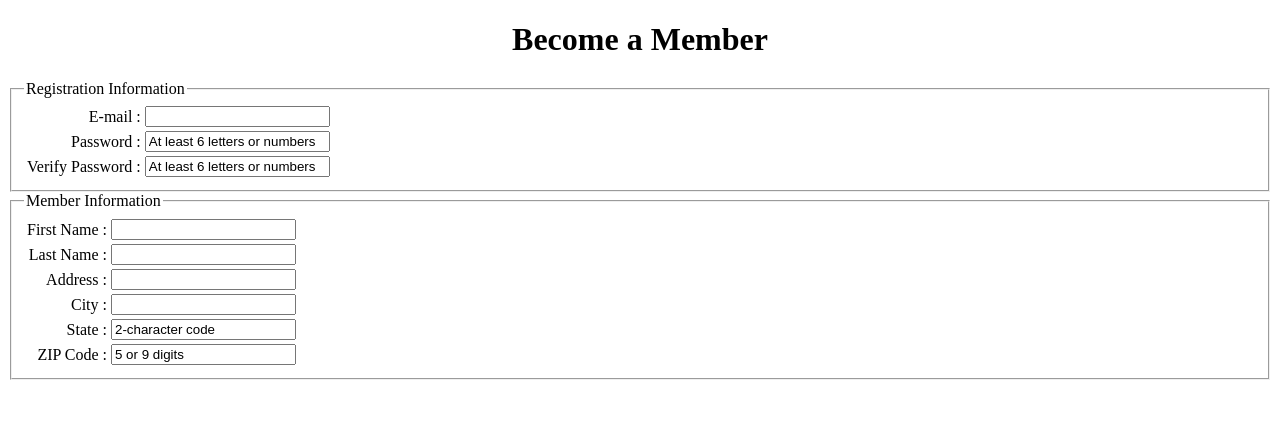
Repository: kjungyoun/Web_Study_2021
Page: homework_front/WebContent/0302/0302.html
These files come from the project's save history. The page is drawn as it stood at one moment and after the next save; the edit follows.
The browser window is 1280 px wide. The pictures show the whole page.

Above is the page before, as saved 2021-03-02 11:06:55.

### homework_front/WebContent/0302/0302.html
<!DOCTYPE html>
<html>
<head>
<meta charset="UTF-8">
<title>Become a Member</title>
</head>
<body>
<header>
	<h1 align="center">
		Become a Member
	</h1>
</header>
<form action="index.html">
	<fieldset>
		<legend>Registration Information</legend>
		<table >
			<tbody>
				<tr>
					<td align="right">
						<label for="userid">E-mail : </label>
					</td>
					<td align="left">
						<input type="email" id="email" name="email">
					</td>
				</tr>
				<tr>
					<td align="right">
					<label for="password">Password : </label>
					</td>
					<td align="left">
						<input type="text" id="psw" name="psw" value="At least 6 letters or numbers">
					</td>
				</tr>
				<tr>
					<td align="right">
						<label for="vpassword">Verify Password : </label>
					</td>
					<td align="left">
						<input type="text" id="vpwd" name="vpwd" value="At least 6 letters or numbers">
					</td>
				</tr>
			</tbody>
		</table>
	</fieldset>
	<fieldset>
		<legend>Member Information</legend>
		<table >
			<tbody>
				<tr>
					<td align="right">
						<label for="fname">First Name : </label>
					</td>
					<td align="left">
						<input type="text" id="fname" name="fname">
					</td>
				</tr>
				<tr>
					<td align="right">
					<label for="lname">Last Name : </label>
					</td>
					<td align="left">
						<input type="text" id="lname" name="lname">
					</td>
				</tr>
				<tr>
					<td align="right">
						<label for="address">Address : </label>
					</td>
					<td align="left">
						<input type="text" id="addr" name="addr">
					</td>
				</tr>
				<tr>
					<td align="right">
						<label for="city">City : </label>
					</td>
					<td align="left">
						<input type="text" id="city" name="city">
					</td>
				</tr>
				<tr>
					<td align="right">
						<label for="state">State : </label>
					</td>
					<td align="left">
						<input type="text" id="state" name="state" value="2-character code">
					</td>
				</tr>
				<tr>
					<td align="right">
						<label for="zip">ZIP Code : </label>
					</td>
					<td align="left">
						<input type="text" id="addr" name="addr" value="5 or 9 digits">
					</td>
				</tr>
			</tbody>
		</table>
	</fieldset>
</form>
</body>
</html>

After the next save:
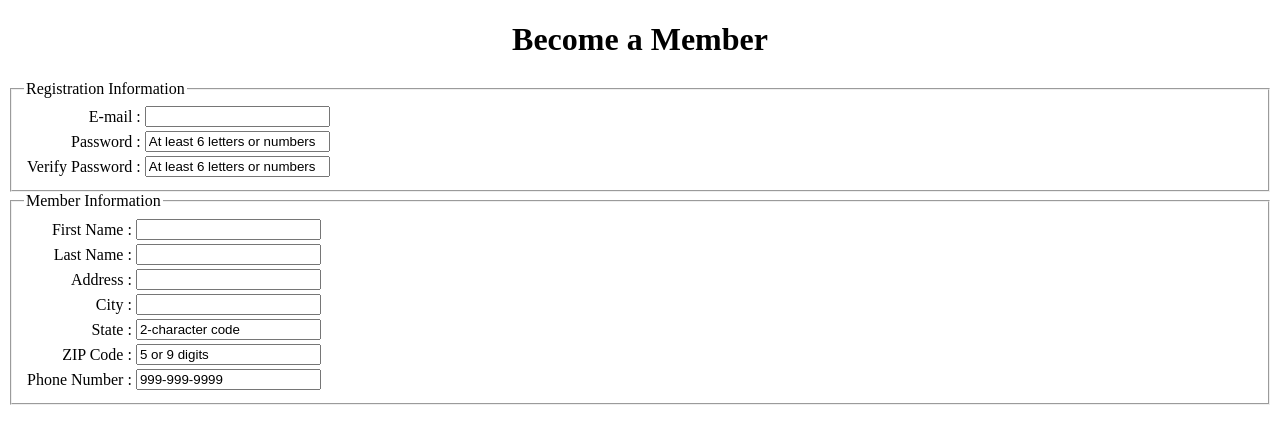
Saved 62 s later.
--- a/homework_front/WebContent/0302/0302.html
+++ b/homework_front/WebContent/0302/0302.html
@@ -94,6 +94,14 @@
 						<input type="text" id="addr" name="addr" value="5 or 9 digits">
 					</td>
 				</tr>
+				<tr>
+					<td align="right">
+						<label for="phone">Phone Number : </label>
+					</td>
+					<td align="left">
+						<input type="tel" id="phone" name="phone" value="999-999-9999">
+					</td>
+				</tr>
 			</tbody>
 		</table>
 	</fieldset>
